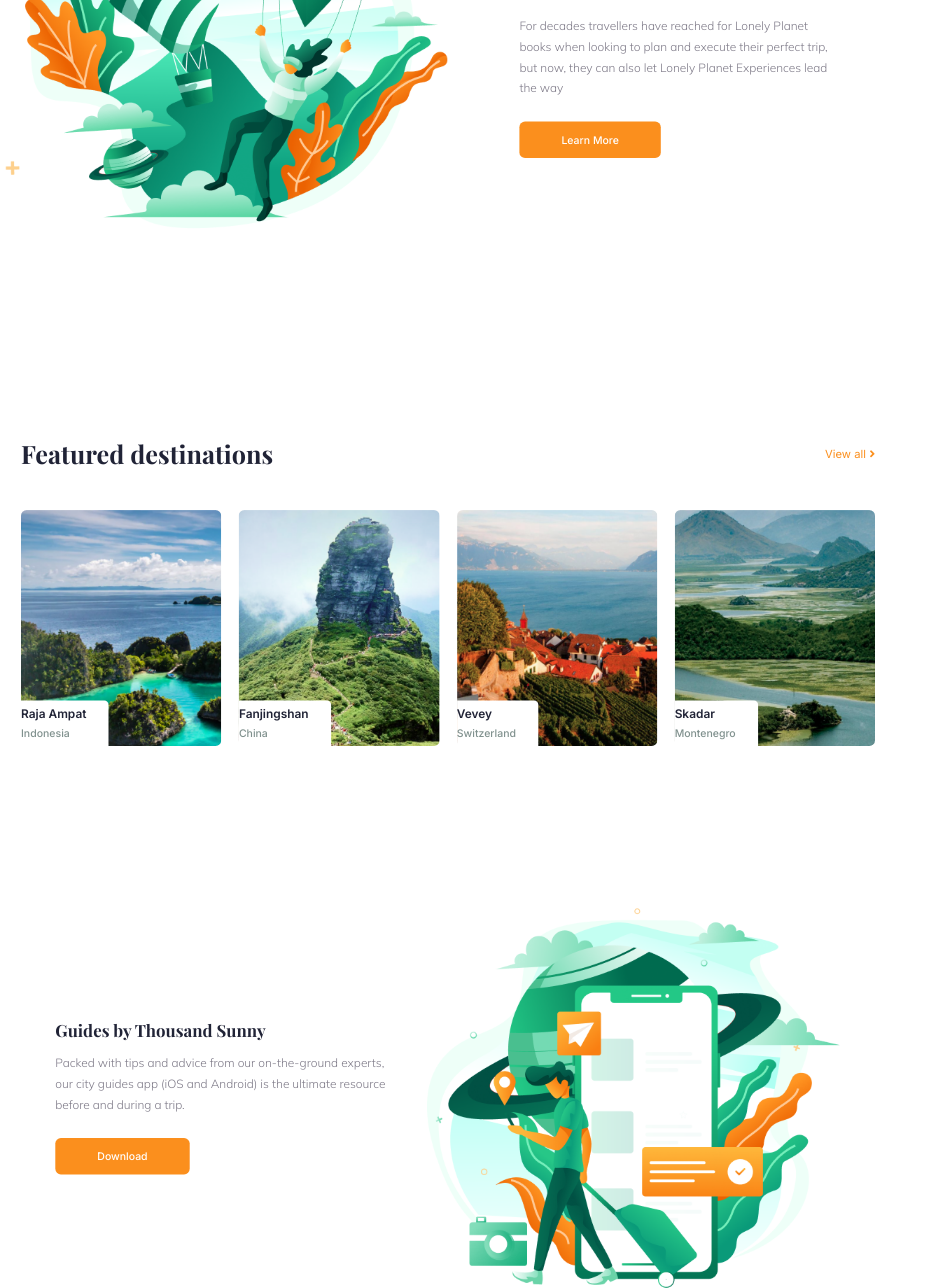
Repository: long5122000/sunny
Page: index.html
An editor plug-in stored every save of this project. The page is shown before and after the next save, followed by the edit.
The browser window is 1280 px wide. The page is 1335 px wide, so the pictures cover 1335 px, including what lies to the right of the window. The pictures show the part of the page from y = 1294 to 3134 px (the page is 3134 px tall), at 70% of full size.
The style sheet was rebuilt from its Sass, Less or Tailwind sources for each picture, by a compiler version that may differ from the author's.

Above is the page before, as saved 2021-11-24 22:48:44.

After the next save:
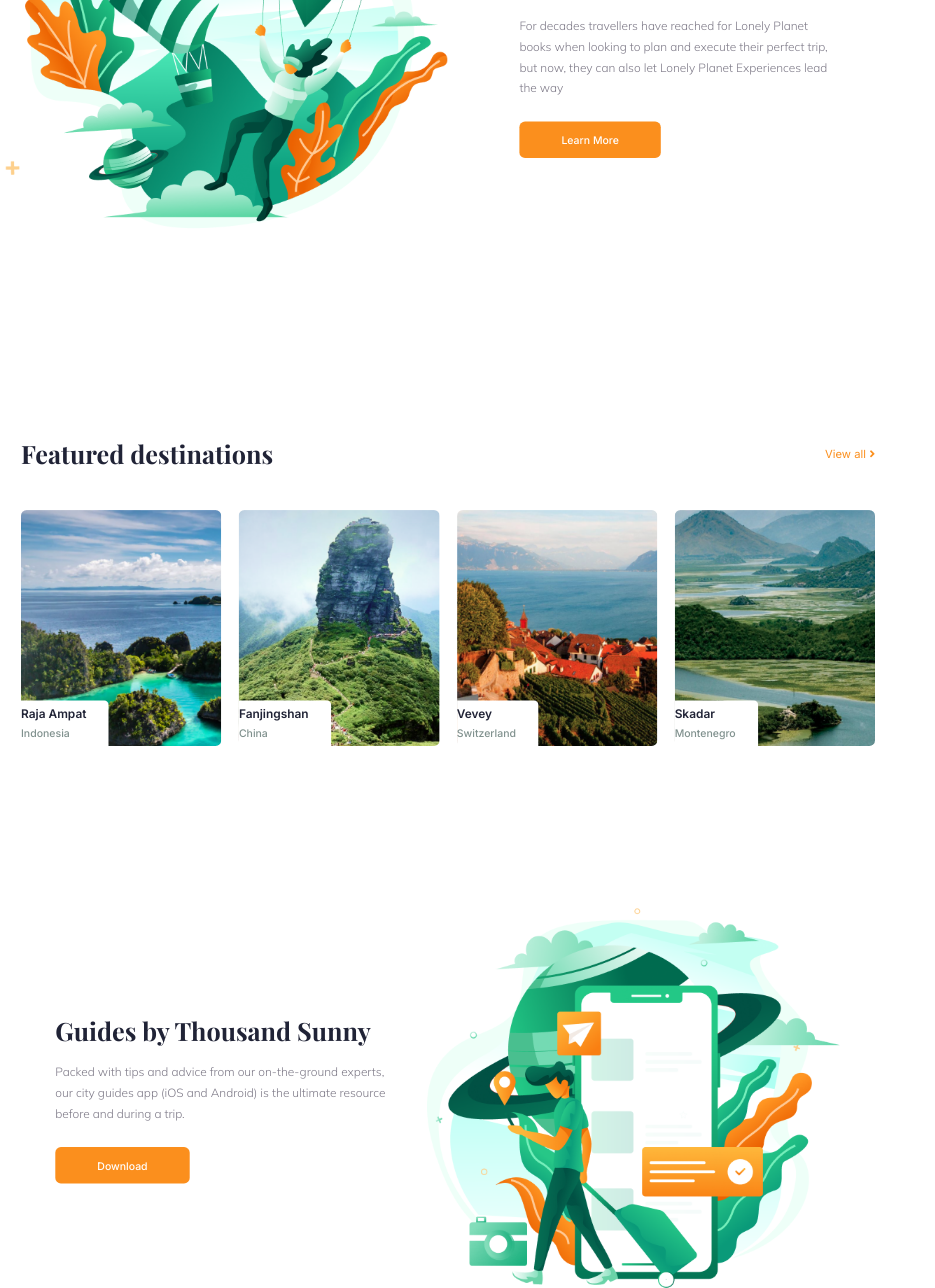
Saved 79 s later.
--- a/index.html
+++ b/index.html
@@ -182,7 +182,7 @@
           <div class="container">
             <div class="guides-main">
               <div class="guides-content">
-                <h2 class="heading guides-heading heading-small">
+                <h2 class="heading guides-heading heading--small">
                   Guides by Thousand Sunny
                 </h2>
                 <div class="text guides-desc">
